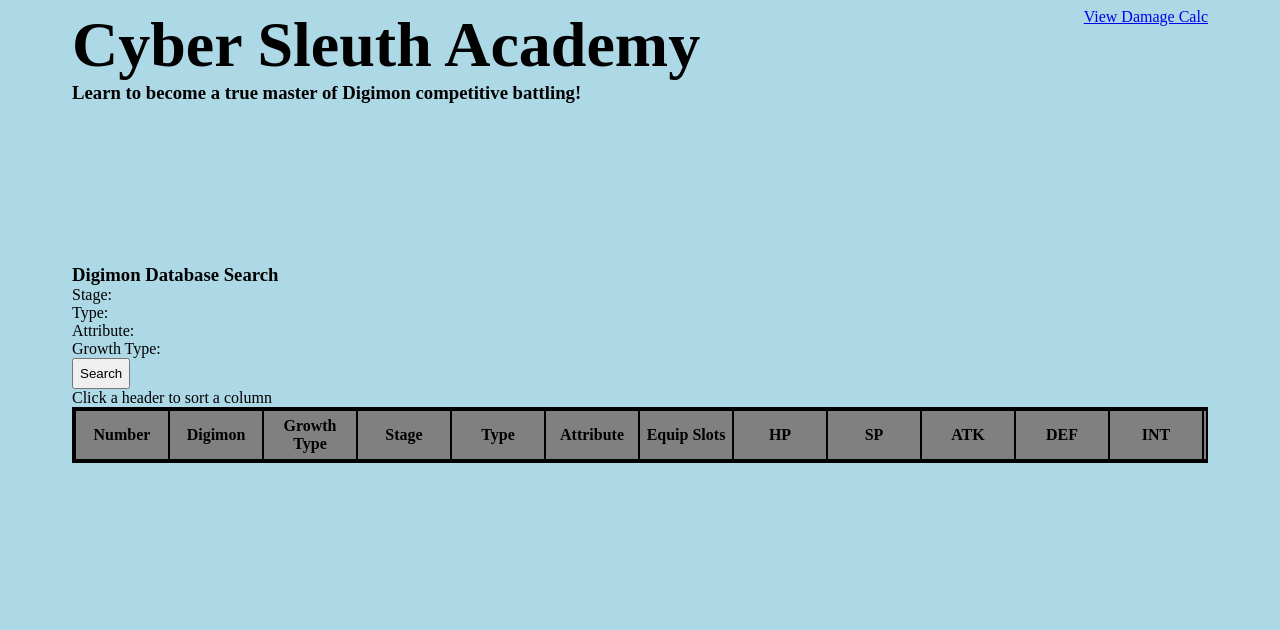
Repository: KTaylor264/Bootcamp-Solo-Project
Page: http://localhost/cyber-sleuth-academy/WEB-INF/index.jsp
These files come from the project's save history. The page is drawn as it stood at one moment and after the next save; the edit follows.
The browser window is 1280 px wide. The pictures show the whole page.
The page is served by Tomcat 9. Nobody is signed in. Other server files are loaded and not shown. The template is opened directly, without the code that normally fills it, so the values that code supplies are empty.

Above is the page before, as saved 2023-03-19 19:58:43.

### cyber-sleuth-academy/src/main/webapp/WEB-INF/index.jsp
<%@ page language="java" contentType="text/html; charset=ISO-8859-1"
    pageEncoding="ISO-8859-1"%>
<%@ taglib prefix="c" uri="http://java.sun.com/jsp/jstl/core" %>
<!DOCTYPE html>
<html>
<head>
<meta charset="ISO-8859-1">
<link rel="stylesheet" href="/css/main.css"/>
<title>Cyber Sleuth Academy</title>
</head>
<body>
	<div class="container">
		<div class="top-header">
			<div>
				<h1 class="big-header">Cyber Sleuth Academy</h1>
				<h3>Learn to become a true master of Digimon competitive battling!</h3>
			</div>
			<div>
				<a href="${pageContext.servletContext.contextPath}/hmcalc/">View Damage Calc</a>
			</div>
		</div>
		<div class="">

		</div>
		<div class="">
			<h3>Digimon Database Search</h3>
			<form action="/" method="post">
				<div>
					<label>Stage: </label>
					<c:forEach var="stage" items="${stages}">
						<label><input type="checkbox" name="${stage.stageName}"><c:out value="${stage.stageName}"/></label>
					</c:forEach>
				</div>
				<div>
					<label>Type: </label>
					<c:forEach var="type" items="${types}">
						<label><input type="checkbox" name="${type.typeName}"><c:out value="${type.typeName}"/></label>
					</c:forEach>
				</div>
				<div>
					<label>Attribute: </label>
					<c:forEach var="attribute" items="${attributes}">
						<label><input type="checkbox" name="${attribute.attributeName}"><c:out value="${attribute.attributeName}"/></label>
					</c:forEach>
				</div>
				<div>
					<label>Growth Type: </label>
					<c:forEach var="growthType" items="${growthTypes}">
						<label><input type="checkbox" name="${growthType.growthTypeName}"><c:out value="${growthType.growthTypeName}"/></label>
					</c:forEach>
				</div>
				<input class="search-btn" name="submit" type="submit" value="Search">
			</form>
			<div>
				<label>Click a header to sort a column</label>
				<table id="sort-table">
					<thead>
						<tr>
							<th onclick="sortTable(0)">Number</th>
							<th onclick="sortTable(1)">Digimon</th>
							<th onclick="sortTable(2)">Growth Type</th>
							<th onclick="sortTable(3)">Stage</th>
							<th onclick="sortTable(4)">Type</th>
							<th onclick="sortTable(5)">Attribute</th>
							<th onclick="sortTable(6)">Equip Slots</th>
							<th onclick="sortTable(7)">HP</th>
							<th onclick="sortTable(8)">SP</th>
							<th onclick="sortTable(9)">ATK</th>
							<th onclick="sortTable(10)">DEF</th>
							<th onclick="sortTable(11)">INT</th>
							<th onclick="sortTable(12)">SPE</th>
						</tr>
					</thead>
					<tbody>
						<c:forEach var="digimon" items="${digimons}">
							<tr>
								<td><c:out value="${digimon.id}"/></td>
								<td><c:out value="${digimon.diginame}"/></td>
								<td><c:out value="${digimon.growthType.growthTypeName}"/></td>
								<td><c:out value="${digimon.stage.stageName}"/></td>
								<td><c:out value="${digimon.type.typeName}"/></td>
								<td><c:out value="${digimon.attribute.attributeName}"/></td>
								<td><c:out value="${digimon.items}"/></td>
								<td><c:out value="${digimon.hp_stat}"/></td>
								<td><c:out value="${digimon.sp_stat}"/></td>
								<td><c:out value="${digimon.atk_stat}"/></td>
								<td><c:out value="${digimon.def_stat}"/></td>
								<td><c:out value="${digimon.int_stat}"/></td>
								<td><c:out value="${digimon.spd_stat}"/></td>
							</tr>
						</c:forEach>
					</tbody>
				</table>
			</div>
		</div>
	</div>
</body>
</html>

### cyber-sleuth-academy/src/main/resources/static/css/main.css
@charset "ISO-8859-1";

* {
	margin: 0;
	padding: 0;
}

html {
	background-color: lightblue;
}

body {
	min-height: 100vh;
}

.container {
	margin: 0 4em;
	padding: 0.5em;
}

.top-header {
	display: flex;
	justify-content: space-between;
	margin-bottom: 10em;
}

.big-header {
	font-size: 4em;
}

#sort-table {
	display: block;
	max-height: 22em;
	overflow-y: scroll;
}

table, th, td {
	text-align: center;
	border: 2px solid black;
	border-collapse: collapse;
}

table th {
	padding: 6px;
	background-color: grey;
}

table td {
	padding: 6px;
}

table tr:nth-child(even) {
	background-color: white;
}

table tr:nth-child(odd) {
	background-color: lightgrey;
}

table th, table td {
	min-width: 80px;
}

.search-btn {
	padding: 6px;
}

.div-box {
	margin-bottom: 2em;
}

After the next save:
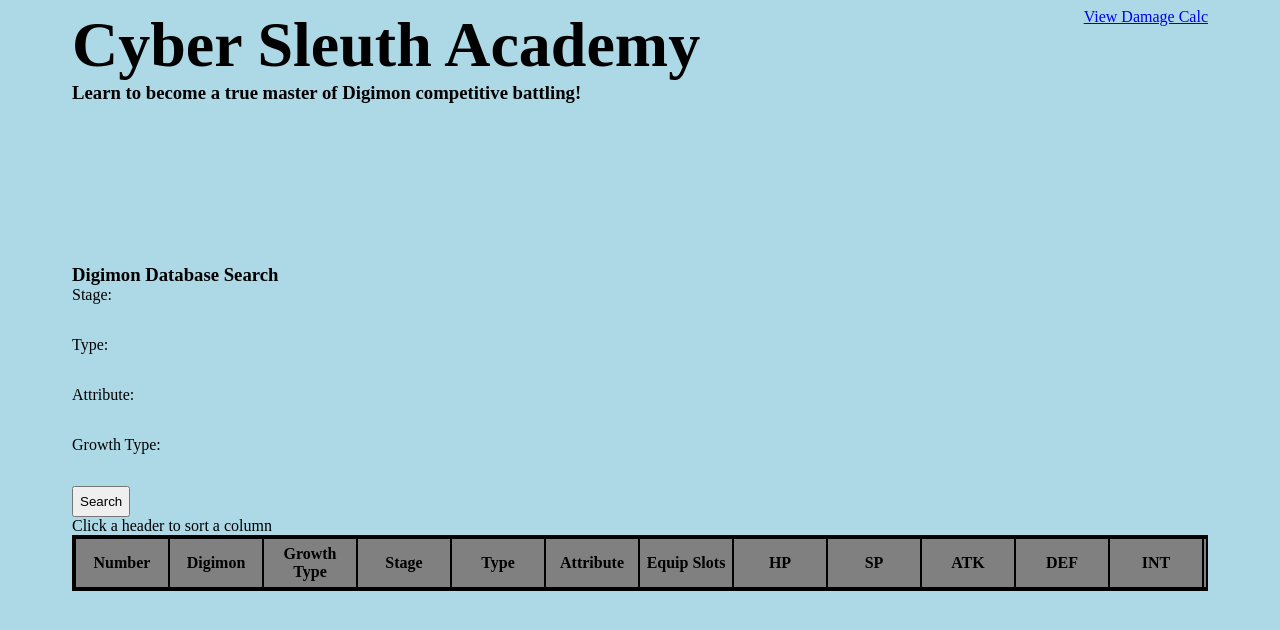
Saved 32 s later.
--- a/cyber-sleuth-academy/src/main/webapp/WEB-INF/index.jsp
+++ b/cyber-sleuth-academy/src/main/webapp/WEB-INF/index.jsp
@@ -25,25 +25,25 @@
 		<div class="">
 			<h3>Digimon Database Search</h3>
 			<form action="/" method="post">
-				<div>
+				<div class="div-box">
 					<label>Stage: </label>
 					<c:forEach var="stage" items="${stages}">
 						<label><input type="checkbox" name="${stage.stageName}"><c:out value="${stage.stageName}"/></label>
 					</c:forEach>
 				</div>
-				<div>
+				<div class="div-box">
 					<label>Type: </label>
 					<c:forEach var="type" items="${types}">
 						<label><input type="checkbox" name="${type.typeName}"><c:out value="${type.typeName}"/></label>
 					</c:forEach>
 				</div>
-				<div>
+				<div class="div-box">
 					<label>Attribute: </label>
 					<c:forEach var="attribute" items="${attributes}">
 						<label><input type="checkbox" name="${attribute.attributeName}"><c:out value="${attribute.attributeName}"/></label>
 					</c:forEach>
 				</div>
-				<div>
+				<div class="div-box">
 					<label>Growth Type: </label>
 					<c:forEach var="growthType" items="${growthTypes}">
 						<label><input type="checkbox" name="${growthType.growthTypeName}"><c:out value="${growthType.growthTypeName}"/></label>
